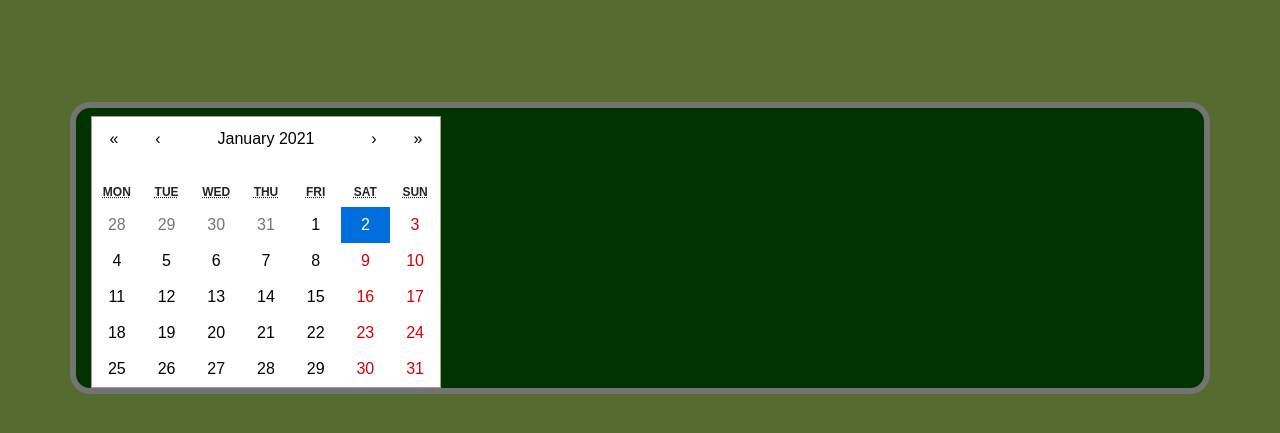
Repository: lalji-yadav/Calendar-code
Page: /
The author's editor kept a copy of each file at every save. The page is drawn from the files as they stood at one save, then again after the next save.
The browser window is 1280 px wide. The pictures show the whole page.
The project was rebuilt for these pictures with package versions that can differ from the ones it lists, and the page was loaded fresh each time. Also part of the build but not shown: src/App.css.

Above is the page before, as saved 2021-01-03 12:31:17.

After the next save:
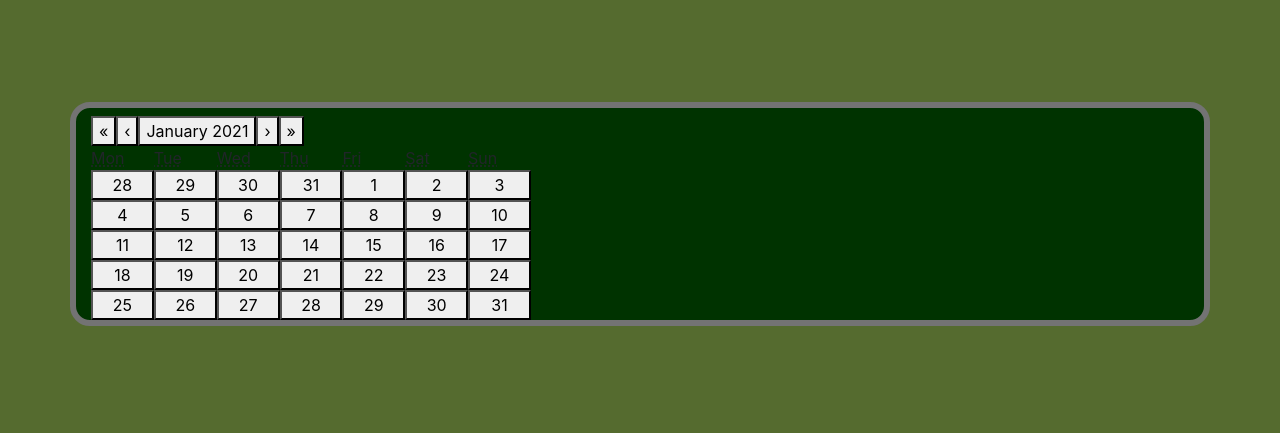
Saved 3 min 47 s later.
--- a/src/calendar/calendar.js
+++ b/src/calendar/calendar.js
@@ -1,5 +1,5 @@
 import React, { useState } from 'react';
-import 'react-calendar/dist/Calendar.css';
+//import 'react-calendar/dist/Calendar.css';
 import Calendar from 'react-calendar';
 
 function MyApp() {

After the save that followed:
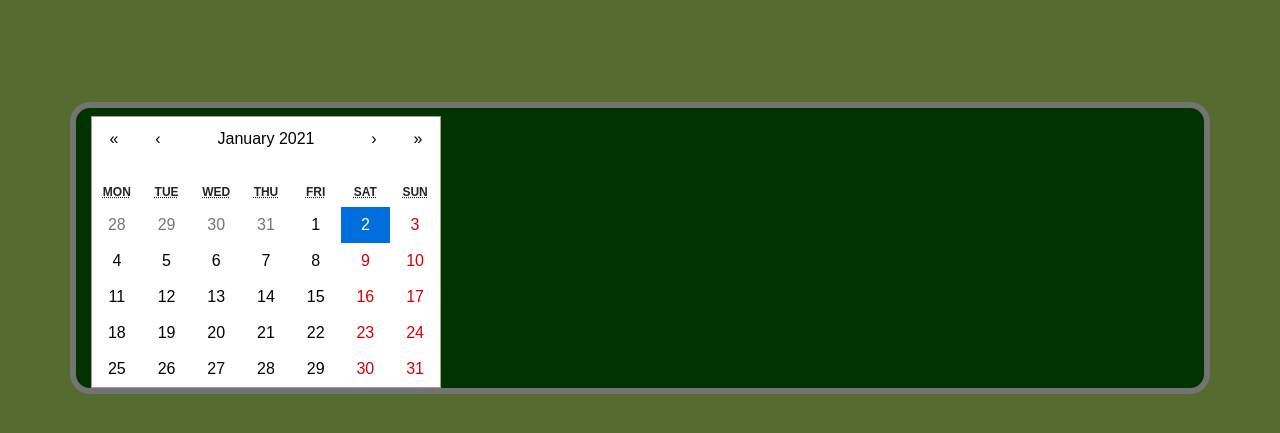
Saved 77 s later.
--- a/src/calendar/calendar.js
+++ b/src/calendar/calendar.js
@@ -1,5 +1,5 @@
 import React, { useState } from 'react';
-//import 'react-calendar/dist/Calendar.css';
+import 'react-calendar/dist/Calendar.css';
 import Calendar from 'react-calendar';
 
 function MyApp() {
